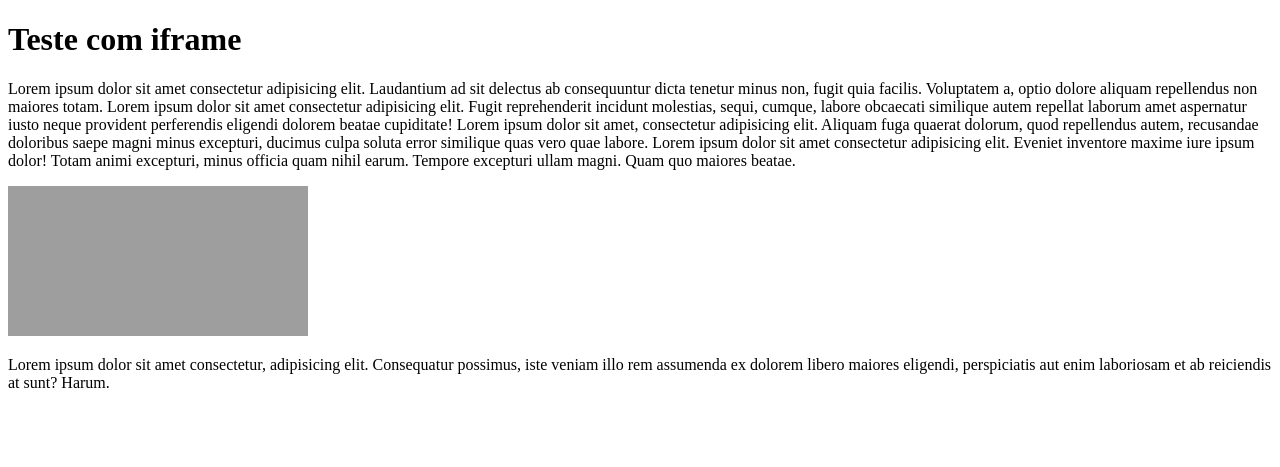
Repository: Leonngc/html-css
Page: ex024/iframe002.html
These files come from the project's save history. The page is drawn as it stood at one moment and after the next save; the edit follows.
The browser window is 1280 px wide. The pictures show the whole page.
Pictures or frames that could not be fetched are drawn as grey boxes.

Above is the page before, as saved 2022-11-15 18:16:26.

### ex024/iframe002.html
<!DOCTYPE html>
<html lang="pt-br">
<head>
    <meta charset="UTF-8">
    <meta http-equiv="X-UA-Compatible" content="IE=edge">
    <meta name="viewport" content="width=device-width, initial-scale=1.0">
    <title>Iframe</title>
</head>
<body>
    <h1>Teste com iframe</h1>
    <p>Lorem ipsum dolor sit amet consectetur adipisicing elit. Laudantium ad sit delectus ab consequuntur dicta tenetur minus non, fugit quia facilis. Voluptatem a, optio dolore aliquam repellendus non maiores totam. Lorem ipsum dolor sit amet consectetur adipisicing elit. Fugit reprehenderit incidunt molestias, sequi, cumque, labore obcaecati similique autem repellat laborum amet aspernatur iusto neque provident perferendis eligendi dolorem beatae cupiditate! Lorem ipsum dolor sit amet, consectetur adipisicing elit. Aliquam fuga quaerat dolorum, quod repellendus autem, recusandae doloribus saepe magni minus excepturi, ducimus culpa soluta error similique quas vero quae labore. Lorem ipsum dolor sit amet consectetur adipisicing elit. Eveniet inventore maxime iure ipsum dolor! Totam animi excepturi, minus officia quam nihil earum. Tempore excepturi ullam magni. Quam quo maiores beatae.</p>

    <iframe src="https://leonngc.github.io" frameborder="0"></iframe>

    <p>Lorem ipsum dolor sit amet consectetur, adipisicing elit. Consequatur possimus, iste veniam illo rem assumenda ex dolorem libero maiores eligendi, perspiciatis aut enim laboriosam et ab reiciendis at sunt? Harum.</p>
</body>
</html>

After the next save:
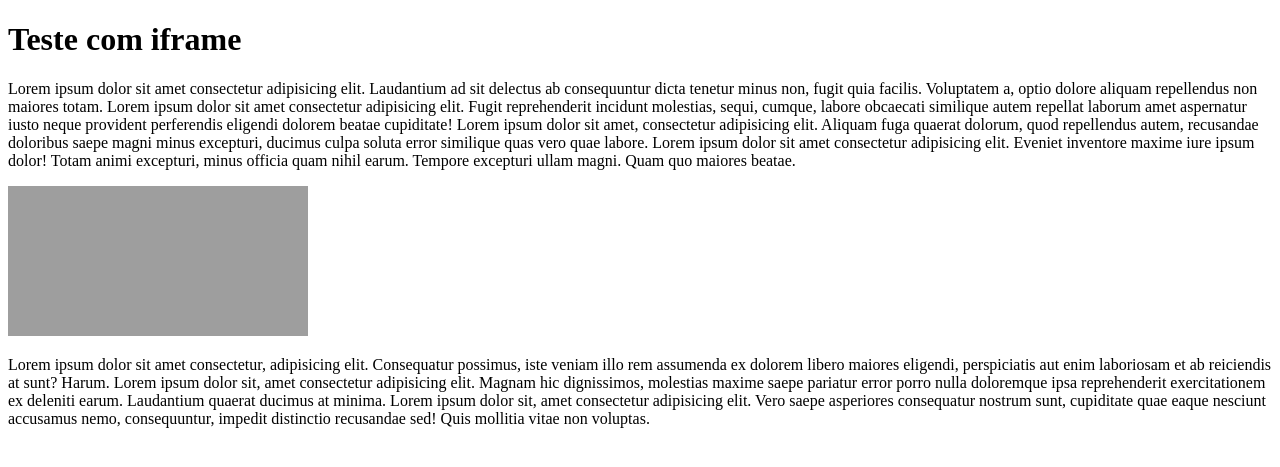
Saved 5 s later.
--- a/ex024/iframe002.html
+++ b/ex024/iframe002.html
@@ -12,6 +12,6 @@
 
     <iframe src="https://leonngc.github.io" frameborder="0"></iframe>
 
-    <p>Lorem ipsum dolor sit amet consectetur, adipisicing elit. Consequatur possimus, iste veniam illo rem assumenda ex dolorem libero maiores eligendi, perspiciatis aut enim laboriosam et ab reiciendis at sunt? Harum.</p>
+    <p>Lorem ipsum dolor sit amet consectetur, adipisicing elit. Consequatur possimus, iste veniam illo rem assumenda ex dolorem libero maiores eligendi, perspiciatis aut enim laboriosam et ab reiciendis at sunt? Harum. Lorem ipsum dolor sit, amet consectetur adipisicing elit. Magnam hic dignissimos, molestias maxime saepe pariatur error porro nulla doloremque ipsa reprehenderit exercitationem ex deleniti earum. Laudantium quaerat ducimus at minima. Lorem ipsum dolor sit, amet consectetur adipisicing elit. Vero saepe asperiores consequatur nostrum sunt, cupiditate quae eaque nesciunt accusamus nemo, consequuntur, impedit distinctio recusandae sed! Quis mollitia vitae non voluptas.</p>
 </body>
 </html>
